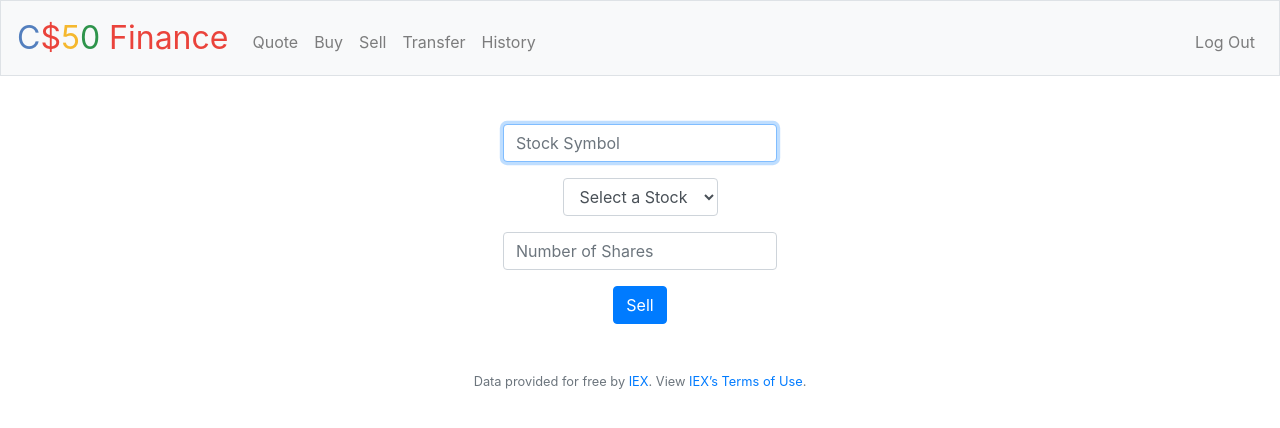
Repository: RyanMCollins/cs50
Page: http://localhost/sell
The author's editor kept a record of every edit. The page is drawn from the files as they stood at one moment, then again after the next edit.
The browser window is 1280 px wide. The pictures show the whole page.
The page is served by the project's application, run on Flask 3 (pset8/finance/application.py). The session is filled in as if someone had signed in: {"user_id": 1}. The page reads the database file committed with the project.

Above is the page before.

### pset8/finance/templates/sell.html
{% extends "layout.html" %}

{% block title %}
    Register
{% endblock %}

{% block main %}
    <form action="/sell" method="post">
        <div class="form-group">
            <input autocomplete="off" autofocus class="form-control" name="symbol" placeholder="Stock Symbol" type="text">
        </div>
        <div class="form-group">
            <select class="form-control" name="symbol">
                <option disabled="disabled" selected="selected">Select a Stock</option>
                {{ options | safe }}
            </select>
        </div>
        <div class="form-group">
            <input autocomplete="off" autofocus class="form-control" name="shares" placeholder="Number of Shares" type="number" step="1">
        </div>
        <button class="btn btn-primary" type="submit">Sell</button>
    </form>
{% endblock %}

### pset8/finance/templates/layout.html
<!DOCTYPE html>

<html lang="en">

    <head>

        <!-- Required meta tags -->
        <meta charset="utf-8">
        <meta name="viewport" content="width=device-width, initial-scale=1, shrink-to-fit=no">

        <!-- documentation at http://getbootstrap.com/docs/4.1/, alternative themes at https://bootswatch.com/ -->
        <link href="https://maxcdn.bootstrapcdn.com/bootstrap/4.1.3/css/bootstrap.min.css" rel="stylesheet">

        <!-- https://favicon.io/emoji-favicons/money-mouth-face/ -->
        <link href="/static/favicon.ico" rel="icon">

        <link href="/static/styles.css" rel="stylesheet">

        <script src="https://code.jquery.com/jquery-3.3.1.min.js"></script>
        <script src="https://cdnjs.cloudflare.com/ajax/libs/popper.js/1.14.3/umd/popper.min.js"></script>
        <script src="https://maxcdn.bootstrapcdn.com/bootstrap/4.1.3/js/bootstrap.min.js"></script>

        <title>C$50 Finance: {% block title %}{% endblock %}</title>

    </head>

    <body>

        <nav class="navbar navbar-expand-md navbar-light bg-light border">
            <a class="navbar-brand" href="/"><span class="blue">C</span><span class="red">$</span><span class="yellow">5</span><span class="green">0</span> <span class="red">Finance</span></a>
            <button aria-controls="navbar" aria-expanded="false" aria-label="Toggle navigation" class="navbar-toggler" data-target="#navbar" data-toggle="collapse" type="button">
                <span class="navbar-toggler-icon"></span>
            </button>
            <div class="collapse navbar-collapse" id="navbar">
                {% if session.user_id %}
                    <ul class="navbar-nav mr-auto mt-2">
                        <li class="nav-item"><a class="nav-link" href="/quote">Quote</a></li>
                        <li class="nav-item"><a class="nav-link" href="/buy">Buy</a></li>
                        <li class="nav-item"><a class="nav-link" href="/sell">Sell</a></li>
                        <li class="nav-item"><a class="nav-link" href="/transfer">Transfer</a></li>
                        <li class="nav-item"><a class="nav-link" href="/history">History</a></li>
                    </ul>
                    <ul class="navbar-nav ml-auto mt-2">
                        <li class="nav-item"><a class="nav-link" href="/logout">Log Out</a></li>
                    </ul>
                {% else %}
                    <ul class="navbar-nav ml-auto mt-2">
                        <li class="nav-item"><a class="nav-link" href="/register">Register</a></li>
                        <li class="nav-item"><a class="nav-link" href="/login">Log In</a></li>
                    </ul>
                {% endif %}
            </div>
        </nav>

        {% if get_flashed_messages() %}
            <header>
                <div class="alert alert-primary border text-center" role="alert">
                    {{ get_flashed_messages() | join(" ") }}
                </div>
            </header>
        {% endif %}

        <main class="container p-5">
            {% block main %}{% endblock %}
        </main>

        <footer class="small text-center text-muted">
            Data provided for free by <a href="https://iextrading.com/developer">IEX</a>. View <a href="https://iextrading.com/api-exhibit-a/">IEX’s Terms of Use</a>.
        </footer>

    </body>

</html>

### pset8/finance/application.py
import os

from cs50 import SQL
from flask import Flask, flash, jsonify, redirect, render_template, request, session
from flask_session import Session
from tempfile import mkdtemp
from werkzeug.exceptions import default_exceptions, HTTPException, InternalServerError
from werkzeug.security import check_password_hash, generate_password_hash

from helpers import apology, login_required, lookup, usd

# Configure application
app = Flask(__name__)

# Ensure templates are auto-reloaded
app.config["TEMPLATES_AUTO_RELOAD"] = True


# Ensure responses aren't cached
@app.after_request
def after_request(response):
    response.headers["Cache-Control"] = "no-cache, no-store, must-revalidate"
    response.headers["Expires"] = 0
    response.headers["Pragma"] = "no-cache"
    return response


# Custom filter
app.jinja_env.filters["usd"] = usd

# Configure session to use filesystem (instead of signed cookies)
app.config["SESSION_FILE_DIR"] = mkdtemp()
app.config["SESSION_PERMANENT"] = False
app.config["SESSION_TYPE"] = "filesystem"
Session(app)

# Configure CS50 Library to use SQLite database
db = SQL("sqlite:///finance.db")


@app.route("/")
@login_required
def index():
    """Show portfolio of stocks"""

    # Get user id
    user_id = session["user_id"]

    # Get account balance
    user_balance = getuserbalance(user_id)

    # Get user stock info from db
    stocks = db.execute("SELECT stock, shares FROM shares WHERE user_id = :user_id", user_id=user_id)

    total_share_value = 0
    rows = ""

    # For each stock
    for stock in stocks:

        # Get stock name, sumbol and share value
        name, symbol, share_price = getstockinfo(stock["stock"])

        # Calculate value of all owned shares
        shares = stock["shares"]
        user_shares_value = share_price * shares

        # Add value of all owned shares to total share value
        total_share_value += user_shares_value

        # Add stock name, symbol, shares owned, share value and value of all owned shares to html sequence
        rows += "<tr><th>" + name + "</th><th>" + symbol + "</th><th>" + str(shares) + "</th><th>" + usd(share_price) \
                + "</th><th>" + usd(user_shares_value) + "</th></tr>"

    # Add total share value to account balance for total value
    total_value = usd(total_share_value + user_balance)
    user_balance = usd(user_balance)

    return render_template("index.html", rows=rows, cash=user_balance, portfolio=total_value)


@app.route("/buy", methods=["GET", "POST"])
@login_required
def buy():
    """Buy shares of stock"""
    # User reached route via POST (as by submitting a form via POST)
    if request.method == "POST":

        # Get username
        user_id = session["user_id"]

        # Get form data
        symbol = request.form.get("symbol")
        shares = request.form.get("shares")

        if not symbol:
            return apology("Stock not specified. Your order was cancelled")
        elif not shares:
            return apology("Number of shares not specified. Your order was cancelled")

        if not shares.isnumeric():
            return apology("Illegal character in shares field. Your order was cancelled")

        if "." in shares:
            return apology("Number of shares must be an integer. Your order was cancelled")

        shares = int(shares)

        if shares < 1:
            return apology("Not a valid number of shares. Your order was cancelled")

        # Get share price and symbol
        _, symbol, share_price = getstockinfo(symbol)
        if symbol == None:
            return apology("Stock Symbol Invalid")

        price = share_price * shares

        # Check that user can afford transaction
        user_balance = getuserbalance(user_id)
        if price > user_balance:
            return apology("Account balance is insufficient. Your order was cancelled")

        # Subtract transaction price from user's account
        new_balance = user_balance - price
        updateusercash(new_balance, user_id)

        # Add transaction to database
        addtransaction(user_id, symbol, shares, share_price, "buy")

        # Check if the user has shares of that stock
        has_shares = check_shares(user_id, symbol)

        if has_shares:

            # Update share count
            prev_shares = getshares(symbol, user_id)
            new_shares = shares + prev_shares
            updateshares(new_shares, user_id, symbol)

        else:

            # Insert information
            insertshares(user_id, symbol, shares)

        return redirect("/")

    else:
        return render_template("buy.html")


@app.route("/check", methods=["GET"])
def check():
    """Return true if username available, else false, in JSON format"""

    username = request.args.get("username")

    # Check that username is not taken
    is_taken = not (0 == db.execute("SELECT COUNT(id) FROM users WHERE username = :username",
                                    username=username)[0]['COUNT(id)'])

    is_valid = (not is_taken) and len(username) > 0
    if is_valid:
        return jsonify(True)
    else:
        return jsonify(False)


@app.route("/history")
@login_required
def history():
    """Show history of transactions"""

    # Get user id
    user_id = session["user_id"]

    # Get user transaction info from db
    transactions = db.execute("SELECT * FROM transactions WHERE user_id = :user_id", user_id=user_id)

    rows = ""

    # For each transaction
    for transaction in transactions:

        # Extract information
        date_time = transaction["date_time"]
        symbol = transaction["stock"]
        shares = transaction["shares"]
        share_price = transaction["share_price"]
        order_type = transaction["order_type"]

        # Get stock name
        name, _, _ = getstockinfo(symbol)

        # Calculate order value
        order_value = share_price * shares

        # Add date/time, stock name, symbol, shares exchanged, share value, order value, order type to html sequence
        rows += "<tr><th>" + date_time + "</th><th>" + name + "</th><th>" + symbol + "</th><th>" + str(shares) + "</th><th>" \
            + usd(share_price) + "</th><th>" + usd(order_value) + "</th><th>" + order_type + "</th></tr>"

    return render_template("history.html", rows=rows)


@app.route("/login", methods=["GET", "POST"])
def login():
    """Log user in"""

    # Forget any user_id
    session.clear()

    # User reached route via POST (as by submitting a form via POST)
    if request.method == "POST":

        # Ensure username was submitted
        if not request.form.get("username"):
            return apology("must provide username", 403)

        # Ensure password was submitted
        elif not request.form.get("password"):
            return apology("must provide password", 403)

        # Query database for username
        rows = db.execute("SELECT * FROM users WHERE username = :username",
                          username=request.form.get("username"))

        # Ensure username exists and password is correct
        if len(rows) != 1 or not check_password_hash(rows[0]["hash"], request.form.get("password")):
            return apology("invalid username and/or password", 403)

        # Remember which user has logged in
        session["user_id"] = rows[0]["id"]

        # Redirect user to home page
        return redirect("/")

    # User reached route via GET (as by clicking a link or via redirect)
    else:
        return render_template("login.html")


@app.route("/logout")
def logout():
    """Log user out"""

    # Forget any user_id
    session.clear()

    # Redirect user to login form
    return redirect("/")


@app.route("/quote", methods=["GET", "POST"])
@login_required
def quote():
    """Get stock quote."""

    if request.method == "POST":

        # Get symbol
        symbol = request.form.get("symbol")

        # Lookup stock information
        name, symbol, price = getstockinfo(symbol)

        if name == None:
            return apology("Stock Symbol Invalid")

        return render_template("quoted.html", name=name, symbol=symbol, price=usd(price))

    else:
        return render_template("quote.html")


@app.route("/register", methods=["GET", "POST"])
def register():
    """Register user"""

    if request.method == "POST":

        # Ensure username was submitted
        if not request.form.get("username"):
            return apology("must provide username")

        # Ensure password was submitted
        elif not request.form.get("password"):
            return apology("must provide password")

        # Ensure confirmation was submitted
        elif not request.form.get("confirmation"):
            return apology("must provide password confirmation")

        # Forget any user_id
        session.clear()

        # Get username and password
        username = request.form.get("username")
        password = request.form.get("password")
        confirmation = request.form.get("confirmation")

        # Check that username is not taken
        is_taken = not (0 == db.execute("SELECT COUNT(id) FROM users WHERE username = :username",
                                        username=username)[0]['COUNT(id)'])

        if is_taken:
            return apology("username is already in use.")

        # Check that passwords match
        if password != confirmation:
            return apology("passwords do not match")

        # Create password hash
        password = generate_password_hash(password)

        # Add new user to database
        db.execute("INSERT INTO users ('username', 'hash') VALUES (:username, :password)", username=username, password=password)

        # Query database for username
        rows = db.execute("SELECT * FROM users WHERE username = :username", username=username)

        # Remember which user has logged in
        session["user_id"] = rows[0]["id"]

        return render_template("quote.html")

    else:
        return render_template("register.html")


@app.route("/sell", methods=["GET", "POST"])
@login_required
def sell():
    """Sell shares of stock"""

    # Get user_id
    user_id = session["user_id"]

    # User reached route via POST (as by submitting a form via POST)
    if request.method == "POST":

        # Get form data
        symbol = request.form.get("symbol")
        shares = request.form.get("shares")

        if not symbol:
            return apology("Stock not specified. Your order was cancelled")
        elif not shares:
            return apology("Number of shares not specified. Your order was cancelled")

        shares = int(shares)

        if shares < 1:
            return apology("Not a valid number of shares. Your order was cancelled")

        # Get share price and symbol
        _, symbol, share_price = getstockinfo(symbol)
        if symbol == None:
            return apology("Stock Symbol Invalid")

        price = share_price * shares

        # Check if the user has shares of that stock
        has_shares = check_shares(user_id, symbol)

        if not has_shares:
            return apology("You do not own any shares of this stock. Your order was cancelled")

        # Check that user has sufficient shares
        shares_owned = getshares(symbol, user_id)

        if shares > shares_owned:
            return apology("You do not own enough shares. Your order was cancelled")

        # Add transaction price to user's account
        user_balance = getuserbalance(user_id)
        new_balance = user_balance + price
        updateusercash(new_balance, user_id)

        # Add transaction to database
        addtransaction(user_id, symbol, shares, share_price, "sell")

        # Update user's shares in database
        if shares == shares_owned:
            deleteshares(user_id, symbol)
        else:
            new_shares = shares_owned - shares
            updateshares(new_shares, user_id, symbol)

        return redirect("/")

    else:

        # Get list of user stocks from database
        stocks = db.execute("SELECT stock FROM shares WHERE user_id = :user_id", user_id=user_id)

        options = ""

        for stock in stocks:
            symbol = stock["stock"]

            # Add symbol to select menu
            options += "<option value='" + symbol + "'>" + symbol + "</option>"

        return render_template("sell.html", options=options)


@app.route("/transfer", methods=["GET", "POST"])
@login_required
def transfer():
    """Transfer shares to another user"""

    # User reached route via POST (as by submitting a form via POST)
    if request.method == "POST":

        # Get user_id
        user_id = session["user_id"]

        # Get form data
        symbol = request.form.get("symbol")
        shares = request.form.get("shares")
        transferee = request.form.get("transferee")

        if not symbol:
            return apology("Stock not specified. Your order was cancelled")
        elif not shares:
            return apology("Number of shares not specified. Your order was cancelled")
        elif not transferee:
            return apology("Username not specified. Your order was cancelled")

        shares = int(shares)

        # Get updated symbol and share price
        _, symbol, share_price = getstockinfo(symbol)
        if symbol == None:
            return apology("Stock Symbol Invalid")

        # Check that transferee exists
        is_user = not (0 == db.execute("SELECT COUNT(username) FROM users WHERE username = :username",
                                       username=transferee)[0]["COUNT(username)"])

        if not is_user:
            return apology("User does not exist. Your transfer was cancelled")

        transferee_id = db.execute("SELECT id FROM users WHERE username = :username",
                                   username=transferee)[0]["id"]

        # Check that user is not transferring to self
        if user_id == transferee_id:
            return apology("You cannot transfer to yourself")

        # Check if the user has shares of that stock
        has_shares = check_shares(user_id, symbol)

        if not has_shares:
            return apology("You do not own any shares of this stock. Your order was cancelled")

        # Check that user has sufficient shares
        shares_owned = getshares(symbol, user_id)

        if shares > shares_owned:
            return apology("You do not own enough shares. Your order was cancelled")

        # Update user's shares in database
        if shares == shares_owned:
            deleteshares(user_id, symbol)
        else:
            new_shares = shares_owned - shares
            updateshares(new_shares, user_id, symbol)

        # Add transaction to database for user
        addtransaction(user_id, symbol, shares, share_price, "transfer_send")

        # Update transferee's shares in database
        has_shares = check_shares(transferee_id, symbol)

        if has_shares:

            # Update share count
            prev_shares = getshares(symbol, transferee_id)
            new_shares = shares + prev_shares
            updateshares(new_shares, transferee_id, symbol)

        else:

            # Insert information
            insertshares(transferee_id, symbol, shares)

        # Add transaction to database for transferee
        addtransaction(transferee_id, symbol, shares, share_price, "transfer_receive")

        return redirect("/history")
    else:
        return render_template("transfer.html")


def getuserbalance(id):
    """Return cash balance of id"""
    return db.execute("SELECT cash FROM users WHERE id = :user_id", user_id=id)[0]["cash"]


def getstockinfo(symbol):
    """Get name, proper symbol, and share price of stock"""

    stockInfo = lookup(symbol)

    if stockInfo == None:
        return (None, None, None)

    name = stockInfo["name"]
    symbol = stockInfo["symbol"]
    share_price = stockInfo["price"]

    return (name, symbol, share_price)


def updateusercash(balance, id):
    """Update the user's cash balance"""
    db.execute("UPDATE users SET cash = :balance WHERE id = :user_id", balance=balance, user_id=id)
    return True


def updateshares(new_shares, user_id, symbol):
    """Update shares in database"""
    db.execute("UPDATE shares SET shares = :new_shares WHERE user_id = :user_id AND stock = :symbol",
               new_shares=new_shares, user_id=user_id, symbol=symbol)


def addtransaction(user_id, symbol, shares, share_price, order_type):
    """Add transaction to database"""
    return db.execute("INSERT INTO transactions ('user_id', 'stock', 'shares', 'share_price', 'order_type') \
                        VALUES (:user_id, :symbol, :shares, :share_price, :order_type)",
                      user_id=user_id, symbol=symbol, shares=shares, share_price=share_price, order_type=order_type)


def check_shares(user_id, symbol):
    """Check if user has any shares of stock"""
    return not (0 == db.execute("SELECT COUNT(stock) FROM shares WHERE user_id = :user_id AND stock = :symbol",
                                user_id=user_id, symbol=symbol)[0]['COUNT(stock)'])


def getshares(symbol, user_id):
    """Get number of shares user has of stock"""
    return db.execute("SELECT shares FROM shares WHERE stock = :symbol AND user_id = :user_id",
                      symbol=symbol, user_id=user_id)[0]["shares"]


def insertshares(user_id, symbol, shares):
    """Insert new share info into database"""
    return db.execute("INSERT INTO shares ('user_id', 'stock', 'shares') VALUES (:user_id, :symbol, :shares)",
                      user_id=user_id, symbol=symbol, shares=shares)


def deleteshares(user_id, symbol):
    """Delete share info from database"""
    db.execute("DELETE FROM shares WHERE user_id = :user_id AND stock = :symbol", user_id=user_id, symbol=symbol)


def errorhandler(e):
    """Handle error"""
    if not isinstance(e, HTTPException):
        e = InternalServerError()
    return apology(e.name, e.code)


# Listen for errors
for code in default_exceptions:
    app.errorhandler(code)(errorhandler)

### pset8/finance/helpers.py
import requests
import urllib.parse

from flask import redirect, render_template, request, session
from functools import wraps


def apology(message, code=400):
    """Render message as an apology to user."""
    def escape(s):
        """
        Escape special characters.

        https://github.com/jacebrowning/memegen#special-characters
        """
        for old, new in [("-", "--"), (" ", "-"), ("_", "__"), ("?", "~q"),
                         ("%", "~p"), ("#", "~h"), ("/", "~s"), ("\"", "''")]:
            s = s.replace(old, new)
        return s
    return render_template("apology.html", top=code, bottom=escape(message)), code


def login_required(f):
    """
    Decorate routes to require login.

    http://flask.pocoo.org/docs/1.0/patterns/viewdecorators/
    """
    @wraps(f)
    def decorated_function(*args, **kwargs):
        if session.get("user_id") is None:
            return redirect("/login")
        return f(*args, **kwargs)
    return decorated_function


def lookup(symbol):
    """Look up quote for symbol."""

    # Contact API
    try:
        response = requests.get(
            f"https://cloud-sse.iexapis.com/stable/stock/{urllib.parse.quote_plus(symbol)}/quote?token=pk_d5296710ea694a809e4238621e30cd84")
        response.raise_for_status()
    except requests.RequestException:
        return None
    # Parse response
    try:
        quote = response.json()
        return {
            "name": quote["companyName"],
            "price": float(quote["latestPrice"]),
            "symbol": quote["symbol"]
        }
    except (KeyError, TypeError, ValueError):
        return None


def usd(value):
    """Format value as USD."""
    return f"${value:,.2f}"

### pset8/finance/finance.db (the tables this page reads, as SQL)
CREATE TABLE 'shares' ('id' integer PRIMARY KEY AUTOINCREMENT NOT NULL,'user_id' char(255) NOT NULL, 'stock' char(16) NOT NULL, 'shares' integer NOT NULL);
INSERT INTO "shares" VALUES
(19, '10', 'MSFT', 37),
(20, '10', 'AAPL', 20),
(22, '11', 'JNJ', 1),
(25, '10', 'JNJ', 5),
(26, '10', 'SNAP', 4),
(27, '13', 'MSFT', 15);

Loaded but not shown: pset8/finance/static/styles.css (common file)

After the next edit:
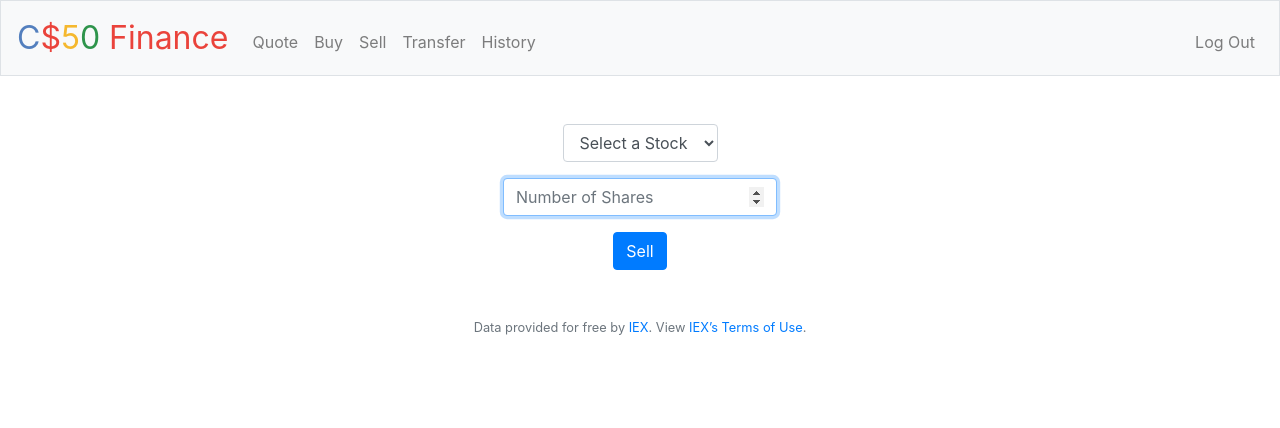
The edit:
--- a/pset8/finance/templates/sell.html
+++ b/pset8/finance/templates/sell.html
@@ -6,9 +6,6 @@
 
 {% block main %}
     <form action="/sell" method="post">
-        <div class="form-group">
-            <input autocomplete="off" autofocus class="form-control" name="symbol" placeholder="Stock Symbol" type="text">
-        </div>
         <div class="form-group">
             <select class="form-control" name="symbol">
                 <option disabled="disabled" selected="selected">Select a Stock</option>
